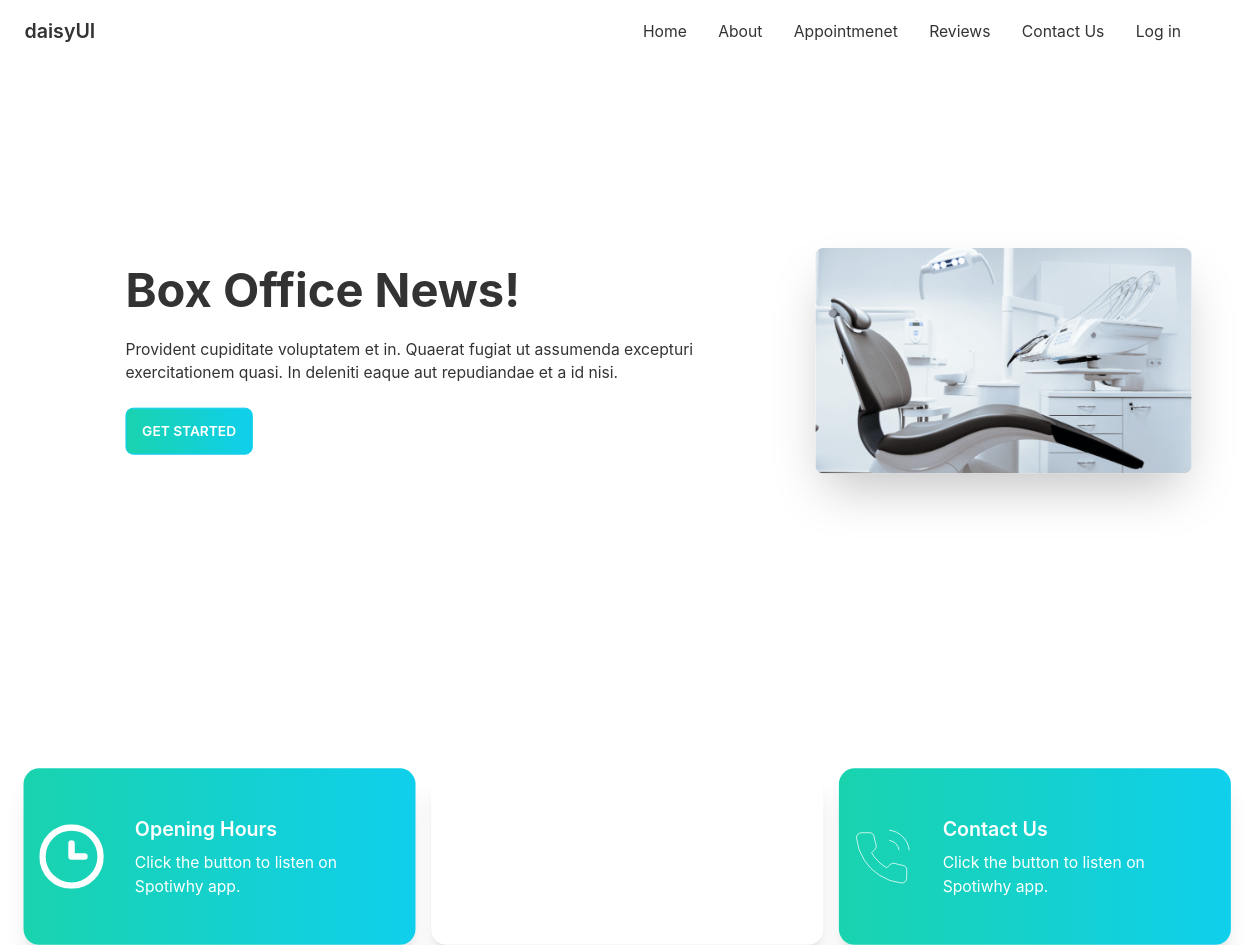
Repository: Tanvir3744/Doctors-client-website
Page: /
These files come from the project's save history. The page is drawn as it stood at one moment and after the next save; the edit follows.
The browser window is 1280 px wide. The pictures show the whole page, at 98% of full size.
The project was rebuilt for these pictures with package versions that can differ from the ones it lists, and the page was loaded fresh each time. Also part of the build but not shown: src/Pages/About/About.js, src/Pages/Login/Login.js, src/Pages/NotFound/NotFound.js.

Above is the page before, as saved 2022-05-25 17:53:50.

### src/App.js
import { Routes, Route } from 'react-router-dom'
import About from './Pages/About/About';
import Home from './Pages/Home/Home';
import Login from './Pages/Login/Login';
import NotFound from './Pages/NotFound/NotFound';
import Navbar from './Pages/Shared/Navbar';
function App() {
  return (
    <div className="App">
      <Navbar></Navbar>
      <Routes>
        <Route path='/' element={<Home />}></Route>
        <Route path='/home' element={<Home />}></Route>
        <Route path='/about' element={<About />}></Route>
        <Route path='/login' element={<Login />}></Route>
        <Route path='*' element={<NotFound />}></Route>
      </Routes>
    </div>
  );
}

export default App;

### src/Pages/Home/Home.js
import React from 'react';
import InfoCards from '../../components/InfoCards';
import Banner from './Banner/Banner';

const Home = () => {
    return (
        <div>
            <Banner />
            <InfoCards />
        </div>
    );
};

export default Home;

### src/Pages/Shared/Navbar.js
import React from 'react';
import { Link } from 'react-router-dom';

const Navbar = () => {
    //menu items stored here
    const menuItems = <>
        <li><Link to="/">Home</Link></li>
        <li><Link to="/about">About</Link></li>
        <li><Link to="/appointment">Appointmenet</Link></li>
        <li><Link to="/reviews">Reviews</Link></li>
        <li><Link to="/contact">Contact Us</Link></li>
        <li><Link to="/login">Log in </Link></li>
    </>
    return (
        <div>
            <div class="navbar bg-base-100">
                <div class="navbar-start">
                    <div class="dropdown">
                        <label tabindex="0" class="btn btn-ghost lg:hidden">
                            <svg xmlns="http://www.w3.org/2000/svg" class="h-5 w-5" fill="none" viewBox="0 0 24 24" stroke="currentColor"><path stroke-linecap="round" stroke-linejoin="round" stroke-width="2" d="M4 6h16M4 12h8m-8 6h16" /></svg>
                        </label>
                        <ul tabindex="0" class="menu menu-compact dropdown-content mt-3 p-2 shadow bg-base-100 rounded-box w-52">
                           {menuItems}
                        </ul>
                    </div>
                    <Link to='/' class="btn btn-ghost normal-case text-xl">daisyUI</Link>
                </div>
                <div class="navbar-center hidden lg:flex">
                    <ul class="menu menu-horizontal p-0">
                        {menuItems}
                    </ul>
                </div>
            </div>
        </div>
    );
};

export default Navbar;

### src/components/InfoCards.js
import React from 'react';
import ChildInfoCards from './ChildInfoCards';
import Clock from './../assets/icons/clock.svg'
import Marker from './../assets/icons/marker.svg'
import Phone from './../assets/icons/phone.svg'
const InfoCards = () => {

    return (
        <div className='grid px-6 grid-cols-1 lg:grid-cols-3 gap-4'>
            <ChildInfoCards bgClass='bg-gradient-to-r from-secondary to-primary' cardTitle='Opening Hours' img={Clock} />
            <ChildInfoCards bgClass='bg-dark' cardTitle='Our Location' img={Marker} />
            <ChildInfoCards bgClass='bg-gradient-to-r from-secondary to-primary' cardTitle='Contact Us' img={Phone} />
        </div>
    );
};

export default InfoCards;

### src/Pages/Home/Banner/Banner.js
import React from 'react';
import chair from '../../../assets/images/chair.png'
const Banner = () => {
    return (
        <div className='px-12'>
            <div class="hero min-h-screen conatiner mx-auto">
                <div class="hero-content flex-col lg:flex-row-reverse -mt-28">
                    <img src={chair} class="max-w-sm rounded-lg shadow-2xl " />
                    <div className='px-16'>
                        <h1 class="text-5xl font-bold">Box Office News!</h1>
                        <p class="py-6">Provident cupiditate voluptatem et in. Quaerat fugiat ut assumenda excepturi exercitationem quasi. In deleniti eaque aut repudiandae et a id nisi.</p>
                        <button class="btn btn-primary text-white rounded-lg bg-gradient-to-r from-secondary to-primary">Get Started</button>
                    </div>
                </div>
            </div>
        </div>
    );
};

export default Banner;

### src/components/ChildInfoCards.js
import React from 'react';

const ChildInfoCards = (props) => {
    const {img, cardTitle, bgClass} = props;
    return (
        <div className='container'>
            <div className={`card lg:card-side shadow-xl p-4 pl-4  ${bgClass}`}>
                <figure><img src={img} alt="Info cards" /></figure>
                <div class="card-body text-white">
                    <h2 class="card-title">{cardTitle}</h2>
                    <p>Click the button to listen on Spotiwhy app.</p>
                </div>
            </div>
        </div>
    );
};

export default ChildInfoCards;

### tailwind.config.js
module.exports = {
  content: ["./src/**/*.{html,js}"],
  theme: {
    extend: {},
  },
  daisyui: {
    themes: [
      {

        mytheme: {
          primary: "#0FCFEC",
          secondary: "#19D3AE",
          neutral: "#3d4451",
          warning : "#3A4256",
          accent: "#37cdbe",
          "base-100": "#ffffff",
        },
      },
      "cupcake",
    ],
  },
  plugins: [require("daisyui")],
}

Loaded but not shown: public/index.html (common file); src/index.js (common file); src/index.css (common file); src/reportWebVitals.js (common file)

After the next save:
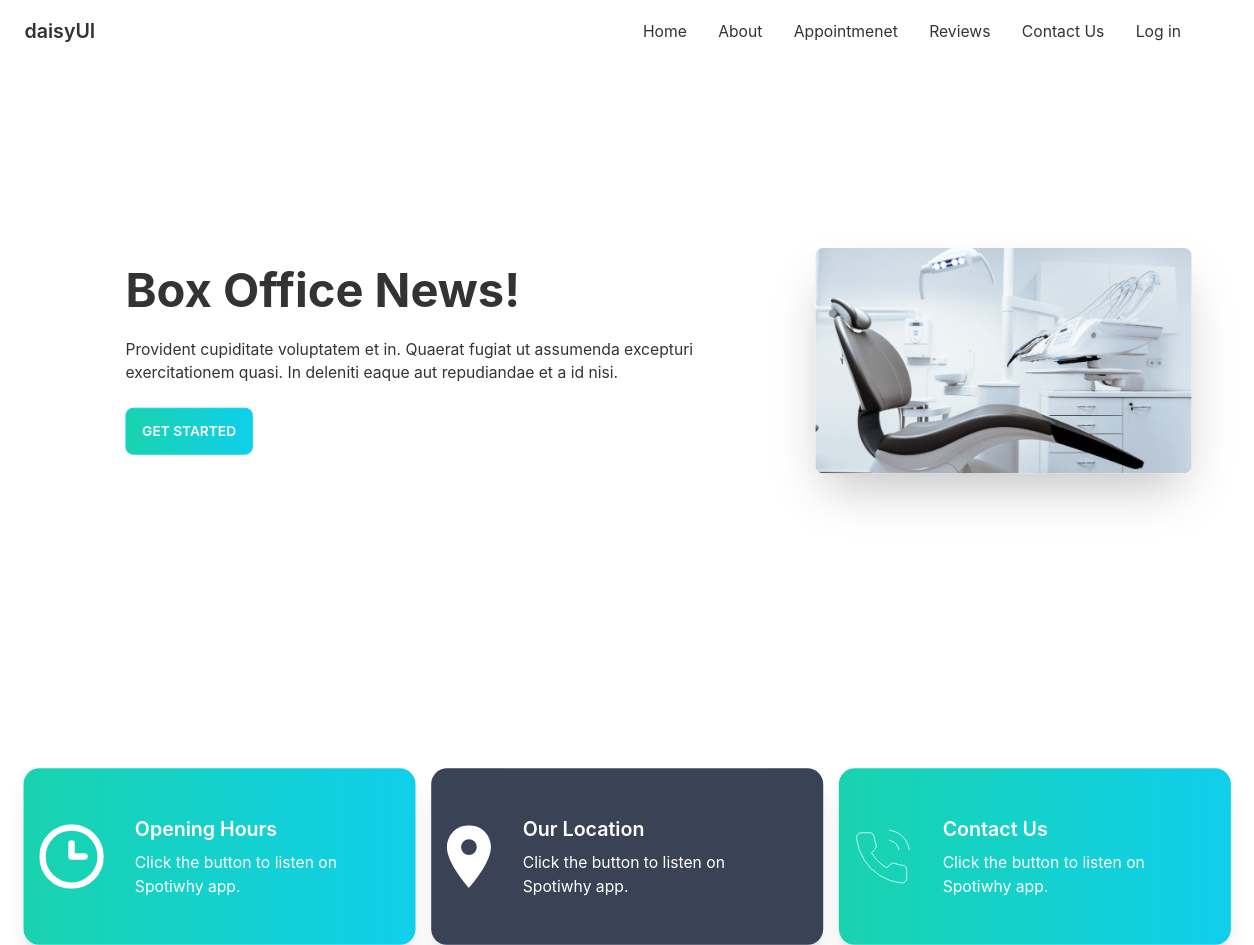
Saved 7 s later.
--- a/src/components/InfoCards.js
+++ b/src/components/InfoCards.js
@@ -8,7 +8,7 @@ const InfoCards = () => {
     return (
         <div className='grid px-6 grid-cols-1 lg:grid-cols-3 gap-4'>
             <ChildInfoCards bgClass='bg-gradient-to-r from-secondary to-primary' cardTitle='Opening Hours' img={Clock} />
-            <ChildInfoCards bgClass='bg-dark' cardTitle='Our Location' img={Marker} />
+            <ChildInfoCards bgClass='bg-warning' cardTitle='Our Location' img={Marker} />
             <ChildInfoCards bgClass='bg-gradient-to-r from-secondary to-primary' cardTitle='Contact Us' img={Phone} />
         </div>
     );
